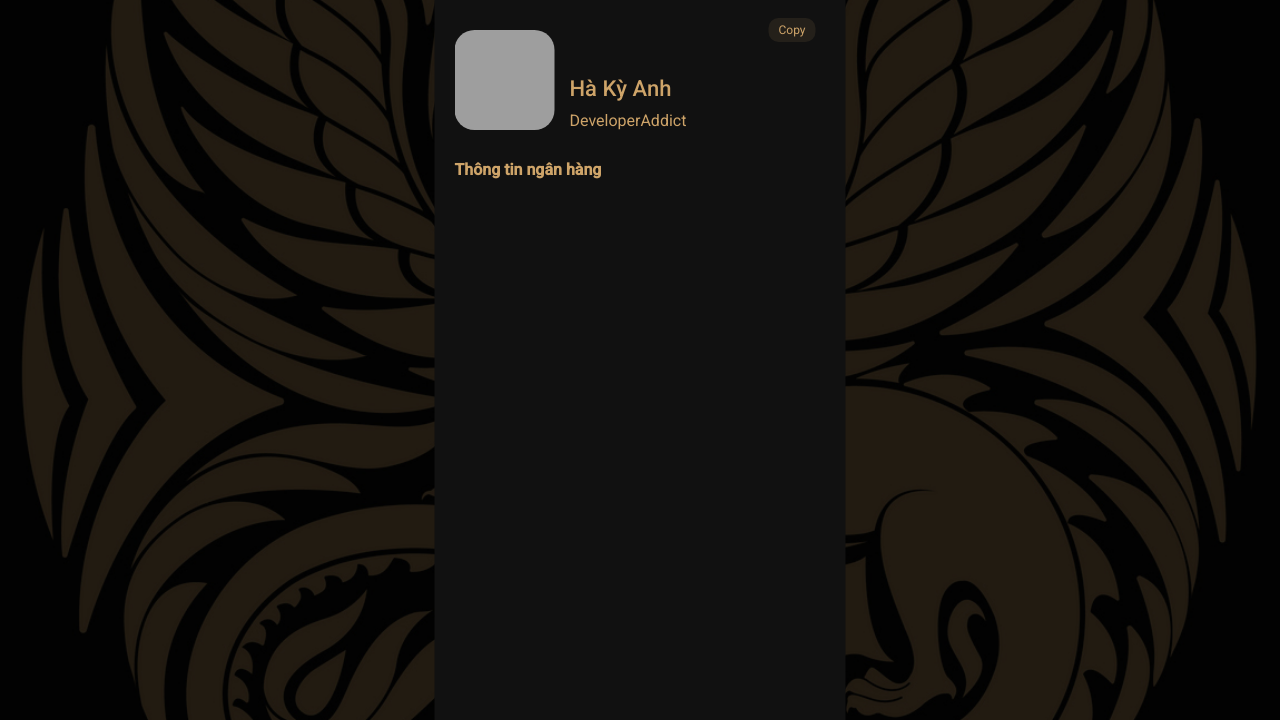
Repository: yzarc204/nguyen-tien-viet-hoang
Page: thong-tin-thanh-toan/index.html
An editor plug-in stored every save of this project. The page is shown before and after the next save, followed by the edit.
The browser window is 1280 px wide. The pictures show the whole page.
Pictures or frames that could not be fetched are drawn as grey boxes.

Above is the page before, as saved 2021-09-27 13:53:58.

### thong-tin-thanh-toan/index.html
<!DOCTYPE html>
<html lang="en">
<head>
    <meta charset="UTF-8">
    <meta http-equiv="X-UA-Compatible" content="IE=edge">
    <meta name="viewport" content="width=device-width, initial-scale=1.0">
    <title>Personal Card</title>
    <!-- Google Fonts -->
    <link rel="preconnect" href="https://fonts.googleapis.com">
    <link rel="preconnect" href="https://fonts.gstatic.com" crossorigin>
    <link href="https://fonts.googleapis.com/css2?family=Roboto:wght@300;400;500&display=swap" rel="stylesheet">
    <!-- CSS -->
    <link rel="stylesheet" href="./public/css/index.css">
    <link rel="stylesheet" href="./public/css/responsive.css">
</head>
<body>
    <div class="container">
        <div class="profile-header">
            <!-- <img alt="Avatar"
                src="https://source.unsplash.com/random"
                class="profile-avatar">
            <div class="profile-info">
                <h4 class="profile-name">Nguyễn Thị Kỳ Anh Ninh Dương Lan</h4>
                <div class="skills">
                    <div class="skill-tag">Developer</div>
                    <div class="skill-tag">Designer</div>
                </div>
            </div> -->
        </div>
        <h4 class="title">Thông tin ngân hàng</h4>
        <div class="banks">
            <!-- <div class="bank">
                <img src="./public/images/facebook.png" class="bank-logo">
                <div class="bank-info">
                    <p class="bank-name">BIDV</p>
                    <p class="bank-number">STK: 107866816570</p>
                    <p class="bank-owner">CTK: Trường Kỳ Kháng Chiến</p>
                </div>
                <span class="btn-copy">Copy</span>
            </div>
            <div class="bank">
                <img src="./public/images/facebook.png" class="bank-logo">
                <div class="bank-info">
                    <p class="bank-name">BIDV</p>
                    <p class="bank-number">STK: 107866816570</p>
                    <p class="bank-owner">CTK: Trường Kỳ Kháng Chiến</p>
                </div>
                <span class="btn-copy">Copy</span>
            </div>
            <div class="bank">
                <img src="./public/images/facebook.png" class="bank-logo">
                <div class="bank-info">
                    <p class="bank-name">BIDV</p>
                    <p class="bank-number">STK: 107866816570</p>
                    <p class="bank-owner">CTK: Trường Kỳ Kháng Chiến</p>
                </div>
                <span class="btn-copy">Copy</span>
            </div> -->
        </div>
    </div>
    <div class="background"></div>

    <!-- Javascript -->
    <script src="./public/js/config.js"></script>
    <script src="./public/js/render.js"></script>
    <script src="./public/js/index.js"></script>
</body>
</html>

### thong-tin-thanh-toan/public/css/index.css
* {
    padding: 0;
    margin: 0;
    box-sizing: border-box;
    -webkit-box-sizing: border-box;
    -o-box-sizing: border-box;
    -moz-box-sizing: border-box;
    font-family: 'Roboto', sans-serif;
}

:root {
    --primary-color: #cea469;
    --secondary-color: #231f20;
    --dark-color: #cea469;
}

body {
    overflow: hidden !important;
    background: url(../images/background.jpg);
    background-size: cover;
    background-position: center;
}
/* ===== BACKGROUND ===== */
/* ===== CONTAINER ===== */
.container{
    width: 411px;
    max-width: 100vh;
    height: 100vh;
    position: absolute;
    top: 0;
    left: 50%;
    transform: translateX(-50%);
    padding: 30px 20px;
    overflow: hidden scroll;
    background: #111;
    color: var(--primary-color);
    position: relative;
}
/* ===== PROFILE HEADER ===== */
.profile-header{
    width: 100%;
    display: flex;
    flex-wrap: wrap;
    margin-bottom: 30px;
}
.profile-avatar{
    width: 100px;
    height: 100px;
    object-fit: cover;
    object-position: center;
    border-radius: 20px;
}
.profile-info{
    margin-top: auto;
    padding: 0px 15px;
    flex: 1;
}
.profile-name{
    margin-bottom: 10px;
    font-size: 22px;
    font-weight: 500;
}
.skills{
    display: flex;
    flex-wrap: nowrap;
}
.skill-tag{
    padding: 3px 10px;
    margin-right: 10px;
    color: var(--primary-color);
    font-size: 12px;
    position: relative;
    display: none;
}
.skill-tag:before {
    content: "";
    position: absolute;
    top: 0;
    right: 0;
    bottom: 0;
    left: 0;
    background-color: currentColor;
    opacity: 0.25;
    border-radius: 5px;
}
.skill-tag:first-child {
    display: block;
}
.skill-tag:nth-child(2) {
    display: block;
}
/* ===== TITLE ===== */
.title{
    margin-bottom: 15px;
}
/* ===== BANKS ===== */
.banks {
    width: 100%;
    --size: 80px;
    --border-size: 2px;
    --border-rounded: 25px;
}
.bank:last-child {
    margin-bottom: 0px;
}
.bank {
    width: 100%;
    height: var(--size);
    background: var(--secondary-color);
    margin-bottom: 20px;
    display: flex;
    flex-wrap: wrap;
    border: var(--border-size) solid var(--dark-color);
    /* border-radius: var(--border-rounded); */
    transition: 0.2s ease-in-out;
}
.bank-logo {
   height: 100%;
   object-fit: cover;
   object-position: center;
   transition: 0.3s ease;
}
.bank-info {
    flex: 1;
    text-align: center;
    padding: 10px 7.5px;
    display: flex;
    flex-direction: column;
    justify-content: space-between;
    align-items: center;
}
.bank-info > p {
    font-weight: 500;
    line-height: 1;
}
.bank-name{
    font-size: 13px;
}
.bank-number{
    font-size: 13px;
}
.bank-owner {
    font-size: 13px;
}
.btn-copy{
    font-size: 12px;
    height: fit-content;
    padding: 5px 10px;
    position: relative;
    top: 50%;
    right: 10px;
    transform: translateY(-50%);
    cursor: pointer;
}
.btn-copy:before {
    content: "";
    position: absolute;
    top: 0;
    right: 0;
    bottom: 0;
    left: 0;
    background: var(--dark-color);
    border-radius: 10px;
    opacity: 0.1;
}
.btn-copy:hover:before {
    opacity: 1;
    background: transparent;
    border: 1px solid var(--primary-color);
}
.bank:hover {
    background-color: #000;
    background-image: url('../images/bank_background.png');
    background-size: cover;
    background-position: center;
}
.bank:hover .bank-logo {
    opacity: 0;
}

### thong-tin-thanh-toan/public/css/responsive.css
@media only screen and (max-width: 410px) {
    .container {
        width: 100vw;
    }
}

@media only screen and (max-width: 355px) {
    .profile-avatar {
        width: 90px;
        height: 90px;
    }
    .profile-name {
        font-size: 20px;
    }
    .bank {
        height: 70px;
    }
    .bank-info {
        padding: 10px;
    }
    .bank-info > p {
        font-size: 13px;
    }
}

@media only screen and (max-width: 355px) {
    .profile-avatar {
        width: 80px;
        height: 80px;
    }
    .profile-name {
        font-size: 18px;
    }
    .bank {
        height: 65px;
    }
    .bank-info {
        padding: 7.5px 5px;
    }
    .bank-info > p {
        font-size: 10px;
    }
    .btn-copy {
        font-size: 10px;
    }
}

### thong-tin-thanh-toan/public/js/config.js
const WEB = {
    title: "Thanh toán trực tuyến",
    favicon: ""
};

const USER = {
    username: "Hà Kỳ Anh",
    avatar: "tat.png",
    skills: [
        "Developer",
        "Addict"
    ],
    banks: [
        {
            name: "Agribank",
            logo: "agribank.png",
            number: "107866816570",
        },
        {
            name: "Momo",
            logo: "momo.png",
            number: "107866816570",
        },
        {
            name: "Vietcombank",
            logo: "vietcombank.png",
            number: "107866816570",
        },
        {
            name: "Viettinbank",
            logo: "viettinbank.png",
            number: "107866816570",
        }
    ]
};

### thong-tin-thanh-toan/public/js/render.js
const elmProfileHeader = document.querySelector('.profile-header');

function RenderProfileHeader(username, avatar, skills = []) {
    let htmlSkill = '';
    skills.forEach(skill => {
        htmlSkill += `
            <div class="skill">${skill}</div>
        `;
    })

    let htmlProfile = '';
    htmlProfile += `
        <img alt="Avatar"
            src="./public/images/avatar/${avatar}"
            class="profile-avatar">
        <div class="profile-info">
            <h4 class="profile-name">${username}</h4>
            <div class="skills">
                ${htmlSkill}
            </div>
        </div>
        <span class="btn-copy">Copy</span>
    `;

    elmProfileHeader.innerHTML = htmlProfile;
}

### thong-tin-thanh-toan/public/js/index.js
const user = USER;
RenderProfileHeader(user.username, user.avatar, user.skills);

After the next save:
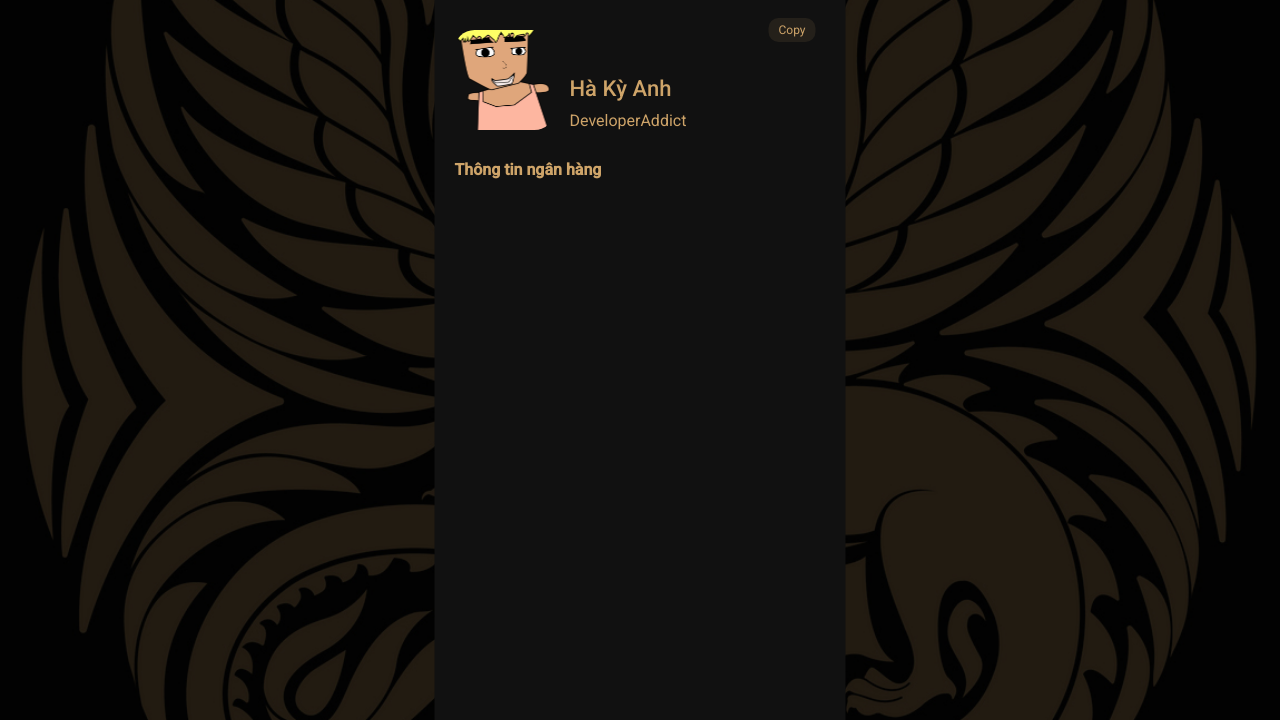
Saved 11 s later.
--- a/thong-tin-thanh-toan/public/js/render.js
+++ b/thong-tin-thanh-toan/public/js/render.js
@@ -11,7 +11,7 @@ function RenderProfileHeader(username, avatar, skills = []) {
     let htmlProfile = '';
     htmlProfile += `
         <img alt="Avatar"
-            src="./public/images/avatar/${avatar}"
+            src="./public/images/avatars/${avatar}"
             class="profile-avatar">
         <div class="profile-info">
             <h4 class="profile-name">${username}</h4>
